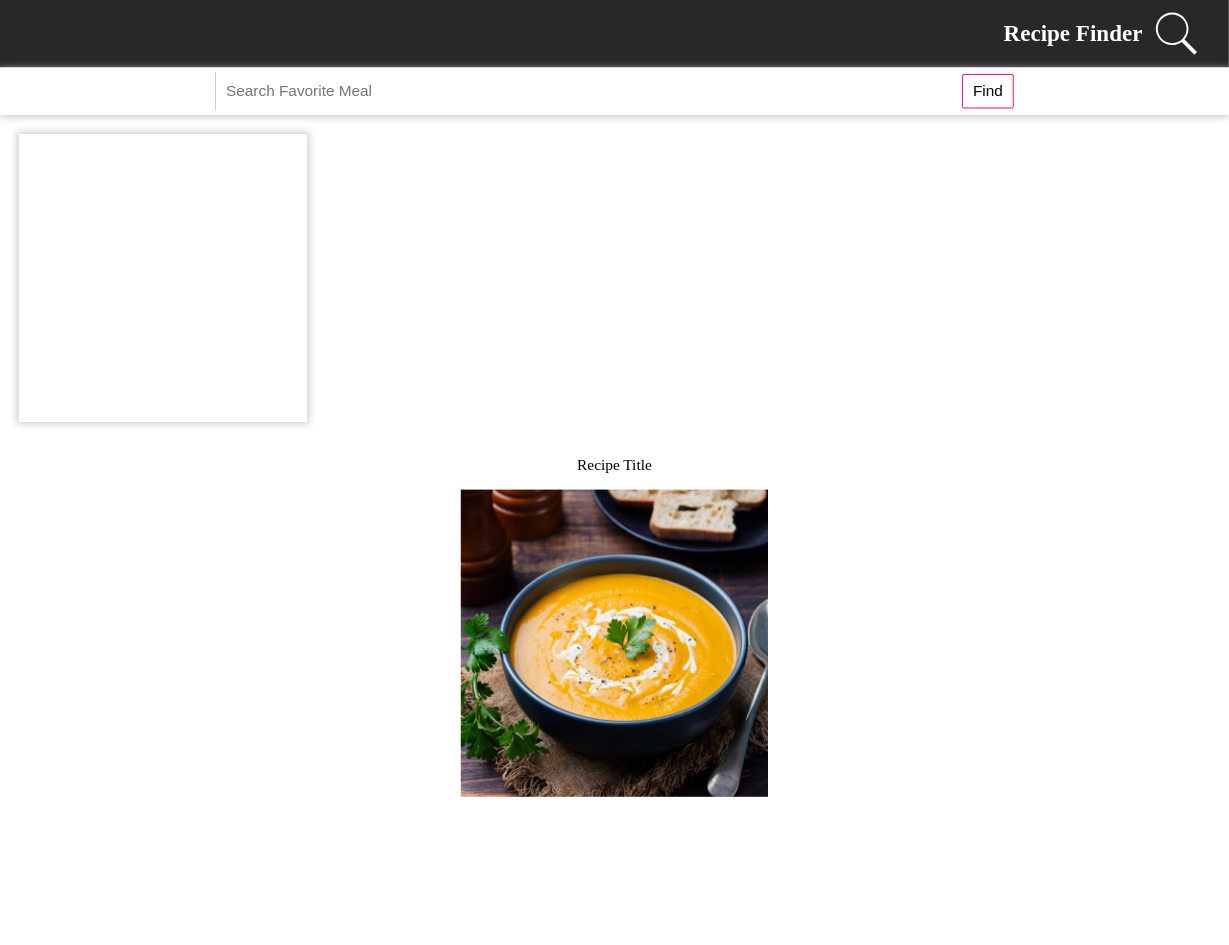
Repository: burntaftermint/recipes
Page: index.html
The author's editor kept a copy of each file at every save. The page is drawn from the files as they stood at one save, then again after the next save.
The browser window is 1280 px wide. The pictures show the whole page, at 96% of full size.

Above is the page before, as saved 2023-11-06 04:40:48.

After the next save:
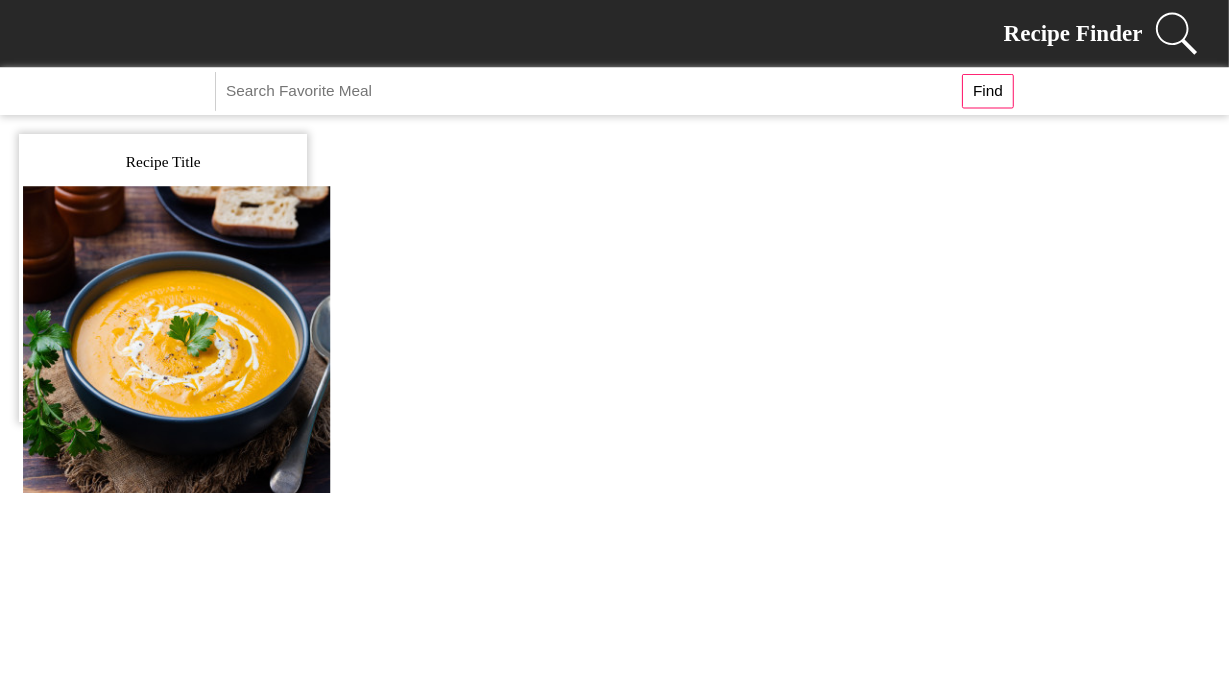
Saved 3 min 49 s later.
--- a/index.html
+++ b/index.html
@@ -17,11 +17,13 @@
             <button class="btn">Find</button>
         </div>
         <div id="recipe-container"></div>
-        <div class="recipe"></div>
-        <div class="recipe-title">Recipe Title</div>
-        <div class="recipe-imge">
-            <img src="images/recipe.jpeg" alt="Recipe">
+        <div class="recipe">
+            <div class="recipe-title">Recipe Title</div>
+            <div class="recipe-imge">
+                <img src="images/recipe.jpeg" alt="Recipe">
+            </div>
         </div>
+
         <div class="recipe-text">
             <ul>
                 <li>Step 1</li>
